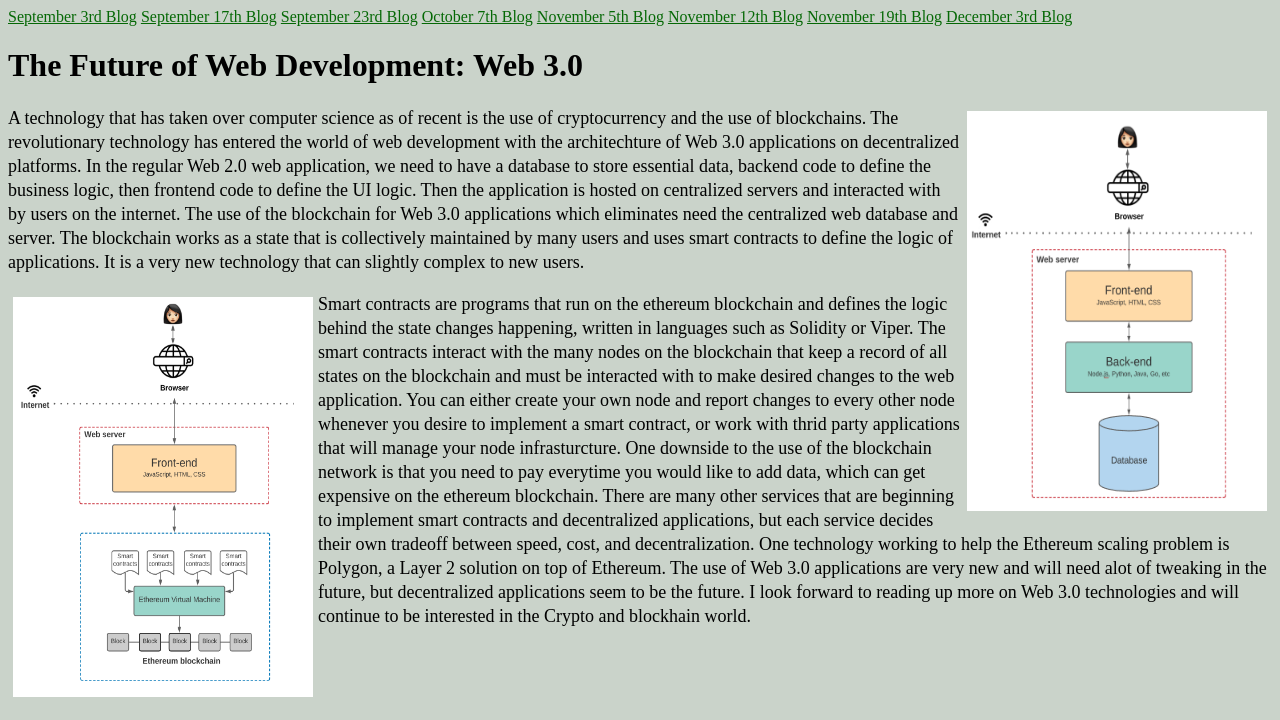
Repository: alharama/WebBlog
Page: Dec_3rd.html
The author's editor kept a copy of each file at every save. The page is drawn from the files as they stood at one save, then again after the next save.
The browser window is 1280 px wide. The pictures show the whole page.

Above is the page before, as saved 2021-12-02 22:56:43.

After the next save:
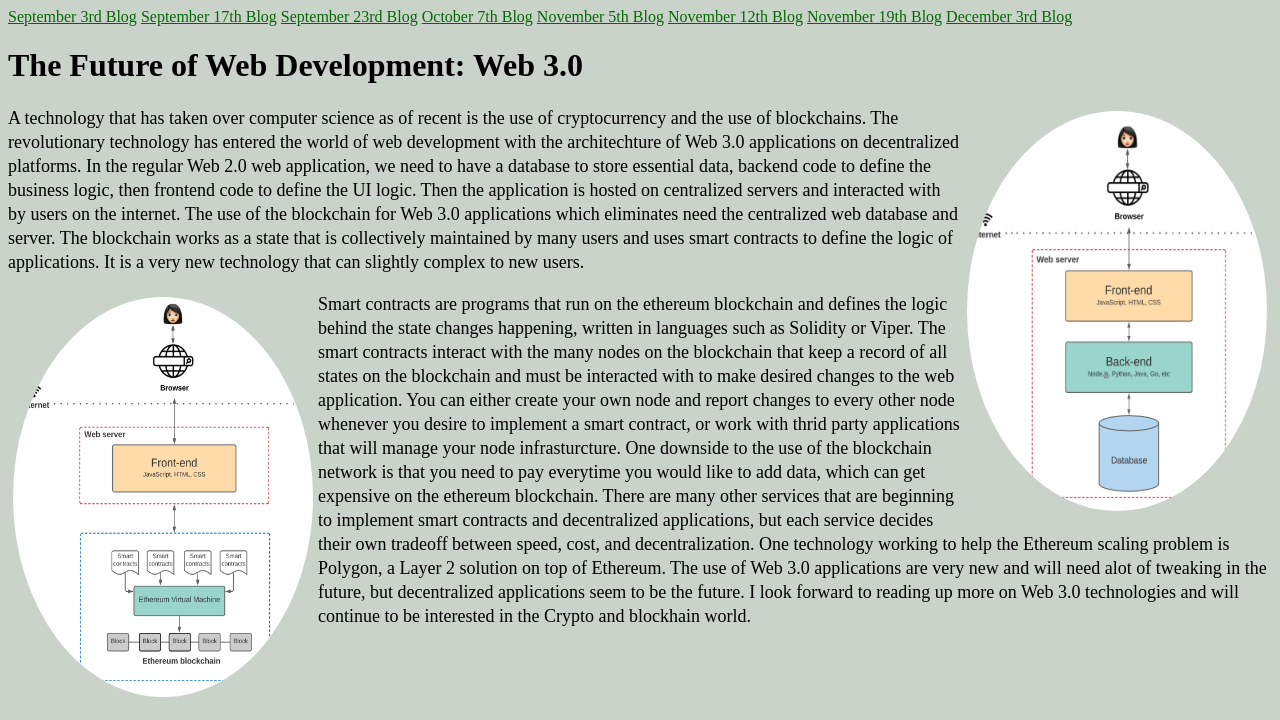
Saved 21 s later.
--- a/Dec_3rd.html
+++ b/Dec_3rd.html
@@ -42,6 +42,7 @@
         margin: 5px;
         height: 400px;
         width: 300px;
+        border-radius: 75%;
       }
       #web2 {
         float: right;
